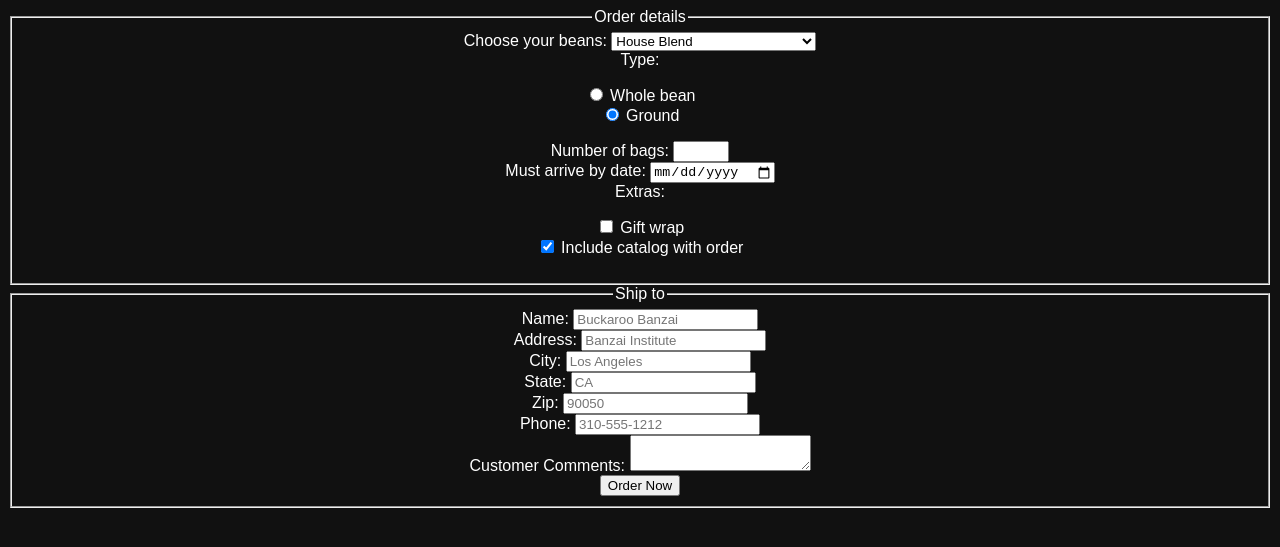
Repository: 43320888/upwork
Page: popup/index.html
These files come from the project's save history. The page is drawn as it stood at one moment and after the next save; the edit follows.
The browser window is 1280 px wide. The pictures show the whole page.

Above is the page before, as saved 2019-01-24 12:03:03.

After the next save:
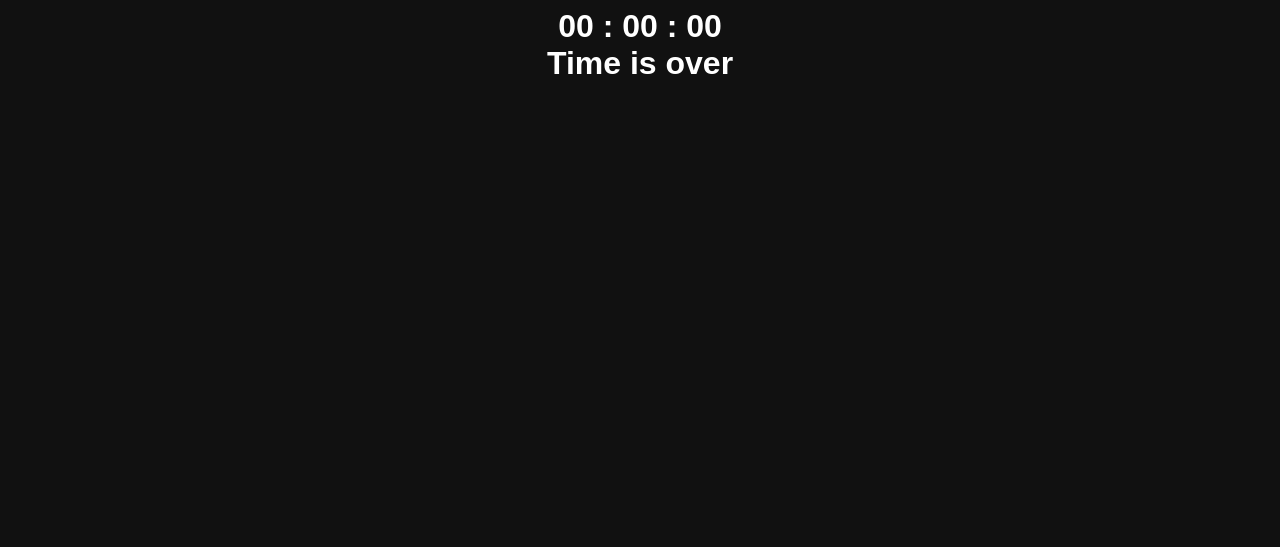
Saved 3 s later.
--- a/popup/index.html
+++ b/popup/index.html
@@ -4,9 +4,10 @@
 		border-spacing: 10px;
 	}
 </style>
+<script src="url.js"></script>
 <body style="background:#111; color:#fff; font-family: Arial, Helvetica, sans-serif; text-align: center">
-	<!-- <h1><div></div><script src="timer.js"></script></h1> -->
-	<form action="/" method="post">
+	<h1><br><div></div><script src="timer.js"></script></h1>
+	<form action="/" method="get">
 		<fieldset>
 			<legend>Order details</legend>
 			<div class="tableRow">
